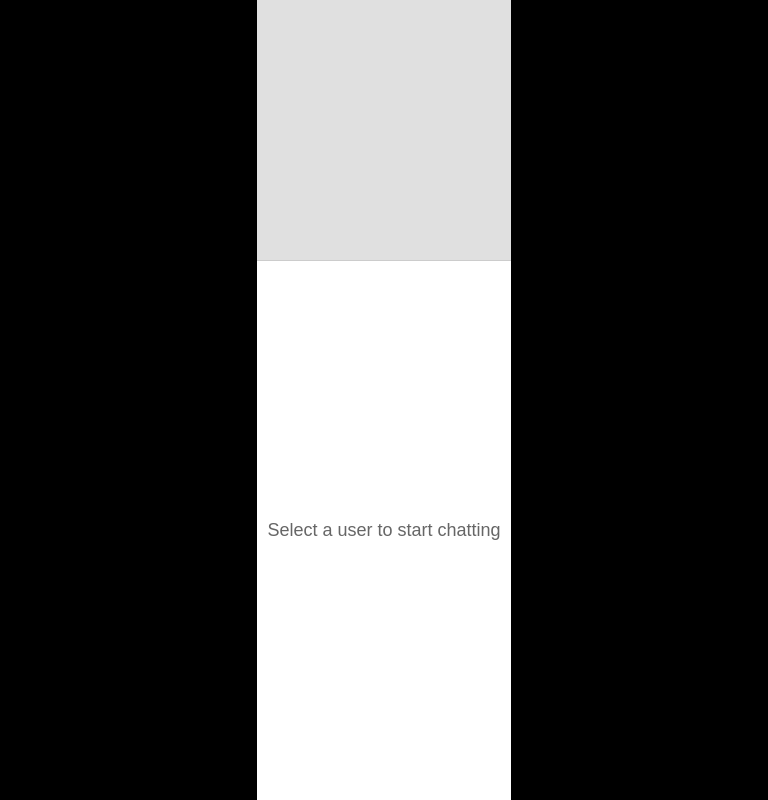
Repository: mdmisri/needy-talk
Page: /admin-chat (app in frontend/talk-d1/)
An editor plug-in stored every save of this project. The page is shown before and after the next save, followed by the edit.
The browser window is 768 px wide. The pictures show the whole page.
The page's requests for data from a server got no answer. The project was rebuilt for these pictures with package versions that can differ from the ones it lists, and the page was loaded fresh each time. No one was signed in, and anything a server would have sent is missing. Also part of the build but not shown: frontend/talk-d1/src/components/Login/Login.js, frontend/talk-d1/src/components/Register/Register.js, frontend/talk-d1/src/components/Chat/styles/Message.css, frontend/talk-d1/src/components/Chat/Message.js, frontend/talk-d1/src/components/Chat/styles/ChatBox.css, frontend/talk-d1/src/components/Chat/ChatBox.js, frontend/talk-d1/src/components/Chat/AdminSelection.js, frontend/talk-d1/src/components/Chat/ChatStart.js.

Above is the page before, as saved 2024-07-30 09:24:30.

### frontend/talk-d1/src/index.js
import React from 'react';
import ReactDOM from 'react-dom/client';
import './index.css';
import App from './App';
import { BrowserRouter } from 'react-router-dom';

const root = ReactDOM.createRoot(document.getElementById('root'));
root.render(
  <React.StrictMode>
    <BrowserRouter>
    <App />
    </BrowserRouter>
  </React.StrictMode>
);

// If you want to start measuring performance in your app, pass a function
// to log results (for example: reportWebVitals(console.log))
// or send to an analytics endpoint. Learn more: https://bit.ly/CRA-vitals

### frontend/talk-d1/src/App.js
import React, { useState, useEffect } from 'react';
import { Routes, Route, useNavigate } from 'react-router-dom';
import Login from './components/Login/Login';
import Register from './components/Register/Register';
import ChatBox from './components/Chat/ChatBox';
import AdminChatBox from './components/Chat/AdminChatBox';
import ChatStart from './components/Chat/ChatStart';
import AdminSelection from './components/Chat/AdminSelection';
import socket from './components/Chat/socket';

const App = () => {
    const [user, setUser] = useState(null);
    const [username, setUsername] = useState('');
    const [isAdmin, setIsAdmin] = useState(false);
    const [adminUsername, setAdminUsername] = useState(null);
    const [redirectToChat, setRedirectToChat] = useState(false);
    const navigate = useNavigate();

    useEffect(() => {
        const handleBeforeUnload = () => {
            if (username) {
                socket.emit('userOffline', username);
            }
        };

        window.addEventListener('beforeunload', handleBeforeUnload);

        return () => {
            window.removeEventListener('beforeunload', handleBeforeUnload);
        };
    }, [username]);

    useEffect(() => {
        if (user) {
            if (isAdmin) {
                navigate('/admin-chat');
            } else if (redirectToChat) {
                navigate(`/chat/${adminUsername}`);
            } else {
                navigate('/home');
            }
        }
    }, [user, isAdmin, redirectToChat, adminUsername, navigate]);

    const handleLogout = () => {
        socket.emit('userOffline', username);
        setUser(null);
        setUsername('');
        setIsAdmin(false);
        setAdminUsername(null);
        setRedirectToChat(false);
        navigate('/login');
    };

    const handleAdminSelection = (selectedAdminUsername) => {
        setAdminUsername(selectedAdminUsername);
        setRedirectToChat(true);
    };

    return (
        <div>
            <Routes>
                <Route path="/login" element={<Login setUser={setUser} setUsername={setUsername} setIsAdmin={setIsAdmin} />} />
                <Route path="/register" element={<Register />} />
                {/* Route for admin selection */}
                <Route path="/home" element={!isAdmin ? <ChatStart username={username} onAdminSelect={handleAdminSelection} /> : <AdminChatBox adminUsername={username} handleAdminSelection={handleAdminSelection} />} />
                {/* Route for admin chat box */}
                <Route path="/admin-chat" element={<AdminChatBox adminUsername={username} handleAdminSelection={handleAdminSelection} />} />
                {/* Route for user chat box */}
                <Route path="/chat/:receiverUsername" element={<ChatBox senderUsername={username} />} />
            </Routes>
            {user && <button onClick={handleLogout}>Logout</button>}
        </div>
    );
};

export default App;

### frontend/talk-d1/src/components/Chat/socket.js
// socket.js
import io from 'socket.io-client';

const socket = io('http://localhost:3010');

export default socket;

### frontend/talk-d1/src/components/Login/Login.css
body, html {
    margin: 0;
    padding: 0;
    height: 100%;
    background-color: #000000; /* Set the background color to black */
    display: flex;
    justify-content: center;
    align-items: center;
    font-family: 'Arial', sans-serif;
}

.login-container {
    width: 340px;
    padding: 40px;
    background: linear-gradient(145deg, #ffffff, #f0f0f0);
    box-shadow: 0 0 30px rgba(255, 255, 255, 0.1);
    border-radius: 15px;
    text-align: center;
}

.login-container h2 {
    margin-bottom: 30px;
    color: #333;
    font-size: 28px;
    font-weight: 600;
    text-transform: uppercase;
    letter-spacing: 1px;
}

.login-container input[type="text"],
.login-container input[type="password"] {
    width: calc(100% - 40px); /* Adjust width to account for padding */
    margin-bottom: 20px;
    padding: 12px 20px; /* Adjust padding for better spacing */
    border: 1px solid #ccc; /* Add a subtle border */
    border-radius: 8px; /* Less rounded for a more modern look */
    background: #f9f9f9;
    box-shadow: 0 2px 5px rgba(0, 0, 0, 0.1); /* Subtle outer shadow */
    font-size: 16px;
    transition: all 0.3s ease;
    outline: none; /* Remove default outline */
}

.login-container input[type="text"]:focus,
.login-container input[type="password"]:focus {
    border-color: #007BFF; /* Highlight border color on focus */
    box-shadow: 0 0 5px rgba(0, 123, 255, 0.5); /* Add glow effect on focus */
    background: #fff; /* Ensure background is clear on focus */

}

.login-container button {
    width: 100%;
    padding: 15px;
    background: linear-gradient(145deg, #007bff, #0056b3);
    color: #fff;
    border: none;
    border-radius: 50px;
    cursor: pointer;
    font-size: 18px;
    font-weight: 600;
    text-transform: uppercase;
    letter-spacing: 1px;
    transition: all 0.3s ease;
    box-shadow: 0 5px 15px rgba(0, 0, 0, 0.2);
}

.login-container button:hover {
    background: linear-gradient(145deg, #0056b3, #004494);
    transform: translateY(-3px);
    box-shadow: 7px 7px 15px #d9d9d9, -7px -7px 15px #ffffff;
}

.login-container button:active {
    transform: translateY(0);
    box-shadow: 3px 3px 5px #d9d9d9, -3px -3px 5px #ffffff;
}

### frontend/talk-d1/src/components/Register/Register.css
body, html {
    margin: 0;
    padding: 0;
    height: 100%;
    background-color: #000000;
    display: flex;
    justify-content: center;
    align-items: center;
    font-family: 'Arial', sans-serif;
}

.form-container {
    width: 340px;
    padding: 40px;
    background: linear-gradient(145deg, #ffffff, #f0f0f0);
    box-shadow: 0 0 30px rgba(255, 255, 255, 0.1);
    border-radius: 15px;
    text-align: center;
}

.form-container h2 {
    margin-bottom: 30px;
    color: #333;
    font-size: 28px;
    font-weight: 600;
    text-transform: uppercase;
    letter-spacing: 1px;
}

.form-container input[type="text"],
.form-container input[type="password"],
.form-container input[type="email"] {
    width: calc(100% - 40px);
    margin-bottom: 20px;
    padding: 12px 20px;
    border: 1px solid #ccc;
    border-radius: 8px;
    background: #f9f9f9;
    box-shadow: 0 2px 5px rgba(0, 0, 0, 0.1);
    font-size: 16px;
    transition: all 0.3s ease;
    outline: none;
}

.form-container input[type="text"]:focus,
.form-container input[type="password"]:focus,
.form-container input[type="email"]:focus {
    border-color: #007BFF;
    box-shadow: 0 0 5px rgba(0, 123, 255, 0.5);
    background: #fff;
}

form-container .checkbox-container {
    display: flex;
    align-items: center;
    justify-content: flex-start; /* Align to the left instead of right */
    margin-bottom: 20px;
    font-size: 16px;
    gap: 10px;
}

.form-container .admin-text {
    color: #333 /* Ensure the admin text is white */
}

.form-container button {
    width: 100%;
    padding: 15px;
    background: linear-gradient(145deg, #007bff, #0056b3);
    color: #fff;
    border: none;
    border-radius: 50px;
    cursor: pointer;
    font-size: 18px;
    font-weight: 600;
    text-transform: uppercase;
    letter-spacing: 1px;
    transition: all 0.3s ease;
    box-shadow: 0 5px 15px rgba(0, 0, 0, 0.2);
    margin-top: 20px; /* Add some margin above the button */
}

.form-container button:hover {
    background: linear-gradient(145deg, #0056b3, #004494);
    transform: translateY(-3px);
    box-shadow: 0 7px 20px rgba(0, 0, 0, 0.3);
}

.form-container button:active {
    transform: translateY(0);
    box-shadow: 0 3px 10px rgba(0, 0, 0, 0.2);
}

### frontend/talk-d1/src/hooks/useConversation.js
import { useEffect, useState, useRef, useCallback } from 'react';
import axios from 'axios';
import socket from '../components/Chat/socket';
import { getConversationId, createConversation } from '../conversationUtils'; // Ensure this path is correct

const useConversation = (senderUsername, receiverUsername) => {
    const [conversationId, setConversationId] = useState('');
    const [messages, setMessages] = useState([]);
    const [isTyping, setIsTyping] = useState(false);
    const typingTimeoutRef = useRef(null);

    // Fetch or create a conversation ID
    const fetchOrCreateConversationId = useCallback(async () => {
        if (senderUsername && receiverUsername) {
            console.log(`Fetching conversation for ${senderUsername} and ${receiverUsername}`); // Log the usernames

            try {
                let id = await getConversationId(senderUsername, receiverUsername);
                if (!id) {
                    id = await createConversation(senderUsername, receiverUsername);
                }
                setConversationId(id);
            } catch (error) {
                console.error("Failed to fetch or create conversation ID:", error);
            }
        }
    }, [senderUsername, receiverUsername]);

    useEffect(() => {
        fetchOrCreateConversationId();
    }, [fetchOrCreateConversationId]);

    useEffect(() => {
        if (!conversationId) return;

        // Define the listeners
        const messageListener = (message) => {
            if (message.conversationId === conversationId) {
                setMessages(prevMessages => [...prevMessages, message]);
            }
        };

        const typingListener = ({ conversationId: roomId, username }) => {
            console.log(`Typing event received for room: ${roomId}, username: ${username}`);

            if (roomId === conversationId && username === receiverUsername) {
                setIsTyping(true);
            }
        };

        const stopTypingListener = ({ conversationId: roomId, username }) => {
            console.log(`StopTyping event received for room: ${roomId}, username: ${username}`);

            if (roomId === conversationId && username === receiverUsername) {
                setIsTyping(false);
            }
        };
        const messageReadListener = ({ messageId, readBy }) => {
            setMessages(prevMessages =>
                prevMessages.map(msg =>
                    msg._id === messageId
                        ? { ...msg, readBy }
                        : msg
                )
            );
        };

        // Join the room
        socket.emit('joinRoom', { username: senderUsername, room: conversationId });

        // Register the listeners
        socket.on('message', messageListener);
        socket.on('typing', typingListener);
        socket.on('stopTyping', stopTypingListener);
        socket.on('messageRead', messageReadListener);

        // Cleanup function
        return () => {
            socket.off('message', messageListener);
            socket.off('typing', typingListener);
            socket.off('stopTyping', stopTypingListener);
            socket.off('messageRead', messageReadListener);
            socket.emit('leaveRoom', { username: senderUsername, room: conversationId });
        };
    }, [conversationId, senderUsername, receiverUsername]);

    useEffect(() => {
        if (conversationId) {
            const fetchMessages = async (id) => {
                try {
                    const response = await axios.get(`http://localhost:3010/api/messages/${id}`);
                    setMessages(response.data.messages || []);
                } catch (error) {
                    console.error("Error fetching messages:", error);
                    setMessages([]);
                }
            };

            fetchMessages(conversationId);
        }
    }, [conversationId]);

    const sendMessage = async (messageContent) => {
        if (!messageContent || !conversationId) return;

        const messageData = {
            senderUsername,
            receiverUsername,
            message: messageContent,
            conversationId,
        };

        try {
            socket.emit('sendMessage', messageData);
            await axios.post('http://localhost:3010/api/messages', messageData);
        } catch (error) {
            console.error("Error sending message:", error);
        }
    };

    const handleTyping = () => {
        if (conversationId) {
            socket.emit('typing', { conversationId, username: senderUsername });
            console.log(`Typing event emitted for conversationId: ${conversationId}, username: ${senderUsername}`);
            setTimeout(() => {
                socket.emit('stopTyping', { conversationId, username: senderUsername });
                console.log(`StopTyping ev  ent emitted for conversationId: ${conversationId}, username: ${senderUsername}`);
            }, 3000);
        }
    };


    return { messages, sendMessage, handleTyping, isTyping, setConversationId };
};

export default useConversation;

### frontend/talk-d1/src/components/Chat/styles/AdminChatBox.css
html, body {
    height: 100%;
    margin: 0;
    font-family: Arial, sans-serif;
}

.admin-chat-container {
    display: flex;
    height: 100vh;
    font-family: Arial, sans-serif;
    overflow: hidden;
    background-color: #f0f0f0; /* Light background for contrast */
}

.user-tabs {
    width: 250px;
    background-color: #e0e0e0;
    border-right: 1px solid #ccc;
    overflow-y: auto;
    padding: 10px;
    flex-shrink: 0;
}

.user-tab {
    padding: 10px;
    cursor: pointer;
    display: flex;
    justify-content: space-between;
    align-items: center;
    border-radius: 5px;
    transition: background-color 0.3s ease;
    margin-bottom: 5px;
    background-color: #f5f5f5;
    color: #333; /* Dark text for contrast */
}

.user-tab:hover {
    background-color: #d0d0d0;
}

.user-tab.active {
    background-color: #007bff;
    color: white;
}

.chat-box {
    flex: 1;
    display: flex;
    flex-direction: column;
    padding: 10px;
    background-color: #fff;
    overflow: hidden;
}

.messages {
    flex: 1;
    overflow-y: auto;
    margin-bottom: 10px;
    border-bottom: 1px solid #ddd;
    padding: 10px;
}

.typing-indicator {
    font-style: italic;
    color: #666;
    margin: 5px 0;
}

.input-area {
    display: flex;
    padding: 10px 0;
}

input[type="text"] {
    flex: 1;
    padding: 10px;
    margin-right: 10px;
    border: 1px solid #ccc;
    border-radius: 5px;
    outline: none;
    transition: border-color 0.3s ease;
}

input[type="text"]:focus {
    border-color: #007bff;
}

button {
    padding: 10px 20px;
    background-color: #007bff;
    color: white;
    border: none;
    border-radius: 5px;
    cursor: pointer;
    transition: background-color 0.3s ease;
    white-space: nowrap;
}

button:hover {
    background-color: #0056b3;
}

/* Styles for the "Select a user to start chatting" message */
.chat-box > div {
    display: flex;
    justify-content: center;
    align-items: center;
    height: 100%;
    font-size: 18px;
    color: #666;
}

/* Responsive Design */
@media (max-width: 768px) {
    .admin-chat-container {
        flex-direction: column;
    }

    .user-tabs {
        width: 100%;
        height: 30vh;
        border-right: none;
        border-bottom: 1px solid #ccc;
    }

    .chat-box {
        height: 70vh;
    }

    .input-area {
        flex-direction: column;
    }

    input[type="text"] {
        width: 100%;
        margin-right: 0;
        margin-bottom: 10px;
    }

    button {
        width: 100%;
    }
}

.message {
    margin-bottom: 10px;
    padding: 5px 10px;
    border-radius: 5px;
}

.message.admin {
    background-color: #e6f2ff;
    align-self: flex-end;
}

.message.user {
    background-color: #f0f0f0;
    align-self: flex-start;
}

### frontend/talk-d1/src/components/Chat/styles/AdminSelection.css
body, html {
    margin: 0;
    padding: 0;
    height: 100%;
    background-color: #000000; /* Set the background color to black */
    font-family: 'Arial', sans-serif;
    color: white; /* Set default text color to white */
}

.admin-selection-container {
    display: flex;
    flex-direction: column; /* Stack the heading above the cards */
    justify-content: center;
    align-items: center;
    height: 100vh;
    text-align: center; /* Center the heading text */
}

.admin-selection-container h2 {
    margin-bottom: 20px; /* Add some space below the heading */
    color: white; /* Ensure the heading text is white */
}

.cards-wrapper {
    display: flex; /* Display the cards in a row */
    justify-content: center; /* Center the cards horizontally */
}

.card {
    background-color: white; /* Set the background color of the card to white */
    color: black; /* Set the text color inside the card to black */
    margin: 10px 20px;
    padding: 20px;
    border: 1px solid #ccc;
    border-radius: 10px;
    text-align: center;
    cursor: pointer;
    transition: transform 0.2s;
}

.card:hover {
    transform: scale(1.05);
}

.card h3 {
    margin: 0;
    color: black; /* Ensure the card header text is black */
}

.card-icon {
    font-size: 40px;
    margin-bottom: 10px;
}

### frontend/talk-d1/src/conversationUtils.js
import axios from 'axios';

export const getConversationId = async (senderUsername, receiverUsername) => {
    try {
        const response = await axios.get(`http://localhost:3010/api/conversations/${senderUsername}/${receiverUsername}`);


        return response.data.conversationId;
    } catch (error) {
        console.error('Error fetching conversation ID:', error);
        throw error;
    }
};

export const createConversation = async (senderUsername, receiverUsername) => {
    try {
        const response = await axios.post('http://localhost:3010/api/conversations', { senderUsername, receiverUsername });
        return response.data.conversationId;
    } catch (error) {
        console.error('Error creating conversation:', error);
        return null;
    }
};

Loaded but not shown: frontend/talk-d1/public/index.html (common file); frontend/talk-d1/src/components/Chat/AdminChatBox.js (137 lines, source omitted); frontend/talk-d1/src/index.css (no stored copy; drawn as an empty file)

After the next save:
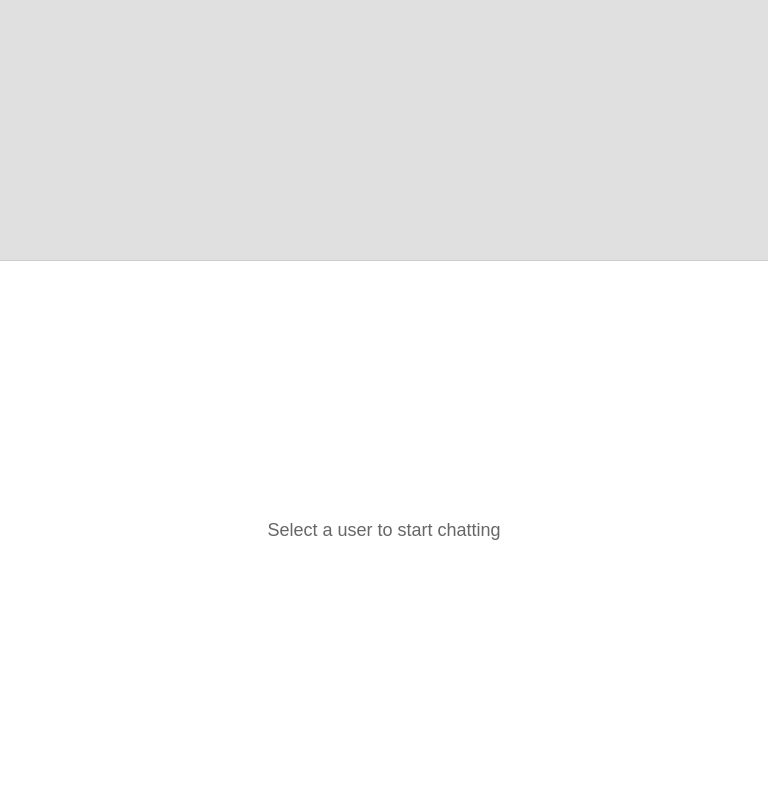
Saved 56 s later.
--- a/frontend/talk-d1/src/components/Chat/styles/AdminChatBox.css
+++ b/frontend/talk-d1/src/components/Chat/styles/AdminChatBox.css
@@ -1,24 +1,21 @@
-html, body {
-    height: 100%;
-    margin: 0;
-    font-family: Arial, sans-serif;
-}
+/* AdminChatBox.css */
 
 .admin-chat-container {
     display: flex;
-    height: 100vh;
+    height: 100vh; /* Full viewport height */
+    width: 100vw; /* Full viewport width */
     font-family: Arial, sans-serif;
     overflow: hidden;
     background-color: #f0f0f0; /* Light background for contrast */
 }
 
 .user-tabs {
-    width: 250px;
+    width: 250px; /* Fixed width for the tabs */
     background-color: #e0e0e0;
     border-right: 1px solid #ccc;
-    overflow-y: auto;
+    overflow-y: auto; /* Allow vertical scrolling */
     padding: 10px;
-    flex-shrink: 0;
+    flex-shrink: 0; /* Prevents shrinking */
 }
 
 .user-tab {
@@ -44,17 +41,17 @@ html, body {
 }
 
 .chat-box {
-    flex: 1;
+    flex: 1; /* Take up remaining space */
     display: flex;
     flex-direction: column;
     padding: 10px;
     background-color: #fff;
-    overflow: hidden;
+    overflow: hidden; /* Prevent overflow */
 }
 
 .messages {
-    flex: 1;
-    overflow-y: auto;
+    flex: 1; /* Take up remaining space in chat box */
+    overflow-y: auto; /* Enable vertical scrolling for messages */
     margin-bottom: 10px;
     border-bottom: 1px solid #ddd;
     padding: 10px;
@@ -67,12 +64,12 @@ html, body {
 }
 
 .input-area {
-    display: flex;
+    display: flex; /* Flexbox for input and button */
     padding: 10px 0;
 }
 
 input[type="text"] {
-    flex: 1;
+    flex: 1; /* Allow input to take available space */
     padding: 10px;
     margin-right: 10px;
     border: 1px solid #ccc;
@@ -82,7 +79,7 @@ input[type="text"] {
 }
 
 input[type="text"]:focus {
-    border-color: #007bff;
+    border-color: #007bff; /* Change border color on focus */
 }
 
 button {
@@ -97,15 +94,15 @@ button {
 }
 
 button:hover {
-    background-color: #0056b3;
+    background-color: #0056b3; /* Darken button on hover */
 }
 
 /* Styles for the "Select a user to start chatting" message */
 .chat-box > div {
     display: flex;
-    justify-content: center;
+    justify-content: center; /* Centered message */
     align-items: center;
-    height: 100%;
+    height: 100%; /* Full height */
     font-size: 18px;
     color: #666;
 }
@@ -113,32 +110,32 @@ button:hover {
 /* Responsive Design */
 @media (max-width: 768px) {
     .admin-chat-container {
-        flex-direction: column;
+        flex-direction: column; /* Stack vertically on smaller screens */
     }
 
     .user-tabs {
-        width: 100%;
-        height: 30vh;
+        width: 100%; /* Full width on mobile */
+        height: 30vh; /* 30% height for user tabs */
         border-right: none;
-        border-bottom: 1px solid #ccc;
+        border-bottom: 1px solid #ccc; /* Border below tabs */
     }
 
     .chat-box {
-        height: 70vh;
+        height: 70vh; /* 70% height for chat box */
     }
 
     .input-area {
-        flex-direction: column;
+        flex-direction: column; /* Stack input and button */
     }
 
     input[type="text"] {
-        width: 100%;
-        margin-right: 0;
-        margin-bottom: 10px;
+        width: 100%; /* Full width on mobile */
+        margin-right: 0; /* No margin right */
+        margin-bottom: 10px; /* Margin below input */
     }
 
     button {
-        width: 100%;
+        width: 100%; /* Full width button */
     }
 }
 
@@ -149,11 +146,11 @@ button:hover {
 }
 
 .message.admin {
-    background-color: #e6f2ff;
-    align-self: flex-end;
+    background-color: #e6f2ff; /* Light blue for admin messages */
+    align-self: flex-end; /* Align admin messages to the right */
 }
 
 .message.user {
-    background-color: #f0f0f0;
-    align-self: flex-start;
+    background-color: #f0f0f0; /* Light gray for user messages */
+    align-self: flex-start; /* Align user messages to the left */
 }
